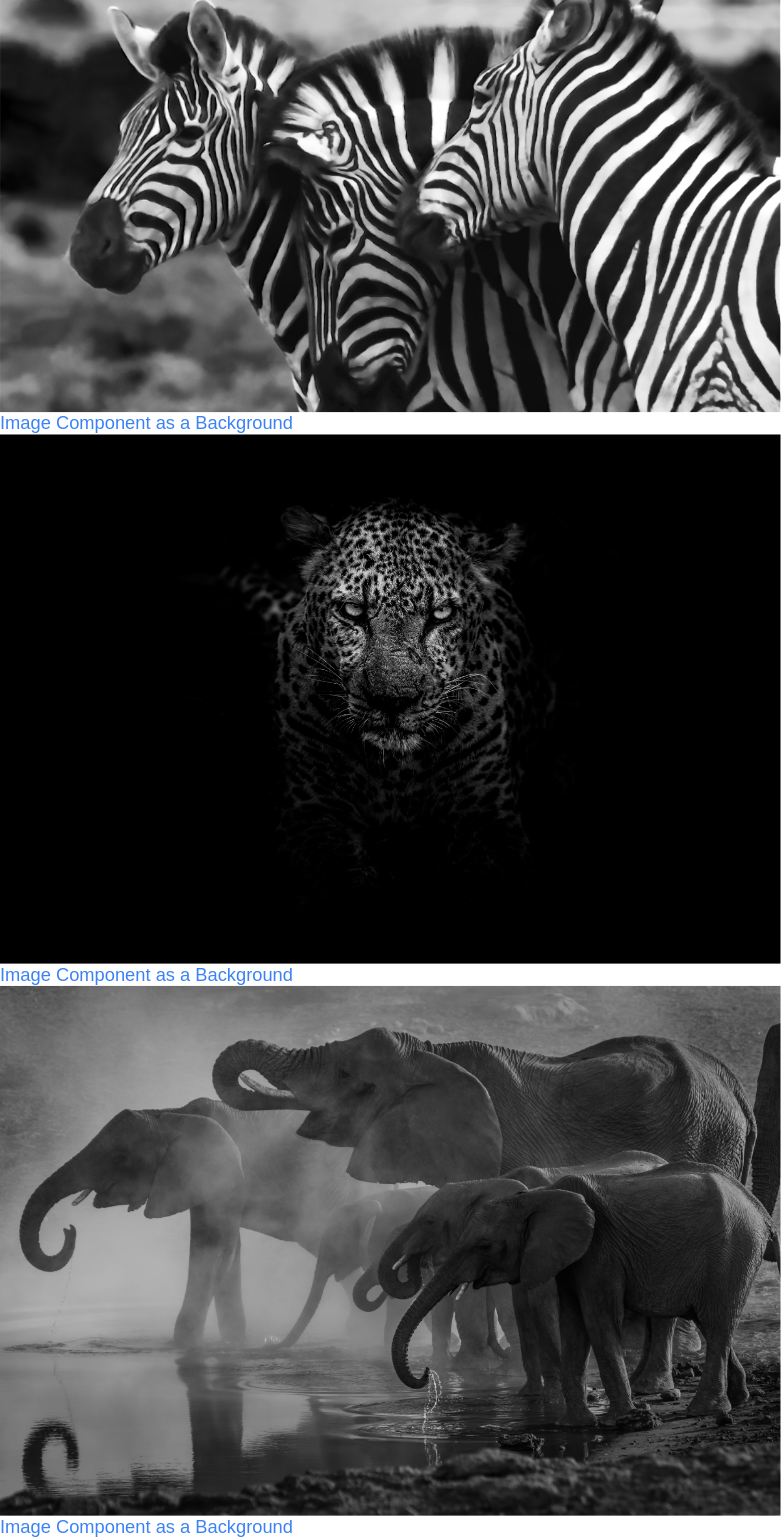
Repository: BrightonMboya/ggv-landingPage
Page: /
The author's editor kept a copy of each file at every save. The page is drawn from the files as they stood at one save, then again after the next save.
The browser window is 1280 px wide. The pictures show the whole page, at 61% of full size.
The project was rebuilt for these pictures with package versions that can differ from the ones it lists, and the page was loaded fresh each time. The framework's server and built-in components were replaced by stand-ins that run in the browser. Also part of the build but not shown: next.config.js.

Above is the page before, as saved 2022-06-13 19:48:27.

### pages/index.js
import React from "react";
import styles from "../styles/Home.module.css";
import HomePage from "./HomePage";
import AboutUs from "./AboutUs";
import Contactus from "./Contactus";

// const index = () => {
//   return (
//     <React.Fragment>
//       <div className={`${styles.global} ${styles.container}`}>
//         <section className={`${styles.section}`}>
//           <HomePage />
//         </section>
//         <section className={`${styles.section}`}>
//           <AboutUs />
//         </section>
//         <section className={`${styles.section} ${styles.three}`}>
//           <Contactus />
//         </section>
//       </div>
//     </React.Fragment>
//   );
// };

const index = () => {
  return (
    <React.Fragment>
      <div className={styles.global}>
        <div className={styles.container}>
          <section className={styles.section}>
            <HomePage />
          </section>
          <section className={styles.section}>
            <AboutUs />
          </section>
          <section className={styles.section}>
            <Contactus />
          </section>
        </div>
      </div>
    </React.Fragment>
  );
};

export default index;

### styles/Home.module.css
.global {
  margin: 0;
  padding: 0;
  box-sizing: border-box;
  font-family: sans-serif;
  /* border: 2px solid yellow; */
}
.section {
  /* height: 100vh; */
  display: flex;
  justify-content: center;
  align-items: center;
  scroll-snap-align: start;
}

.container {
  scroll-snap-type: y mandatory;
  overflow-y: scroll;
  /* height: 100vh; */
  /* border: 2px solid red; */
}

.bgWrap {
  /* position: fixed; */
  /* height: 100vh; */
  /* min-height: 80vh; */
  width: 100vw;
  overflow: hidden;
  z-index: -1;
  background-size: cover;
  -webkit-background-size: cover;
  -moz-background-size: cover;
  -moz-background-size: cover;
  background: center no-repeat;
}

.bg {
  max-width: 100%;
  position: relative;
}

/* @media and (max-width: 480px) {
} */

### pages/HomePage.js
import React from "react";
import styles from "../styles/Home.module.css";
import Image from "next/image";

const HomePage = () => {
  return (
    <div>
      <div className={`${styles.bgWrap} ${styles.bg}`}>
        <Image
          src="/home.jpg"
          layout="responsive"
          width={900}
          height={475}
          objectFit="cover"
          quality={100}
        />
      </div>
      <p className="text-blue-500 text-3xl">Image Component as a Background</p>
    </div>
  );
};

export default HomePage;

### pages/AboutUs.js
import Image from "next/image";
import styles from "../styles/Home.module.css";
// import home from "./assets/home.jpg";

const AboutUs = () => {
  return (
    <div>
      <div className={styles.bgWrap}>
        <Image
          src="/about.jpg"
          layout="responsive"
          // objectFit="cover"
          quality={100}
          width={700}
          height={475}
        />
      </div>
      <p className="text-blue-500 text-3xl">Image Component as a Background</p>
    </div>
  );
};

export default AboutUs;

### pages/Contactus.js
import React from "react";
import Image from "next/image";
import styles from "../styles/Home.module.css";

const Contactus = () => {
  return (
    <div>
      <div className={styles.bgWrap}>
        <Image
          src="/contact.jpg"
          layout="responsive"
          objectFit="cover"
          quality={100}
          width={700}
          height={475}
        />
      </div>
      <p className="text-blue-500 text-3xl">Image Component as a Background</p>
    </div>
  );
};

export default Contactus;

### tailwind.config.js
module.exports = {
  content: [
    "./pages/**/*.{js,ts,jsx,tsx}",
    "./components/**/*.{js,ts,jsx,tsx}"
  ],
  theme: {
    extend: {
      colors: {
        black: "#000107",
        slate: "#E3F1EF"
      }
    }
  },
  plugins: []
};

Loaded but not shown: pages/_app.js (common file); styles/globals.css (common file)

After the next save:
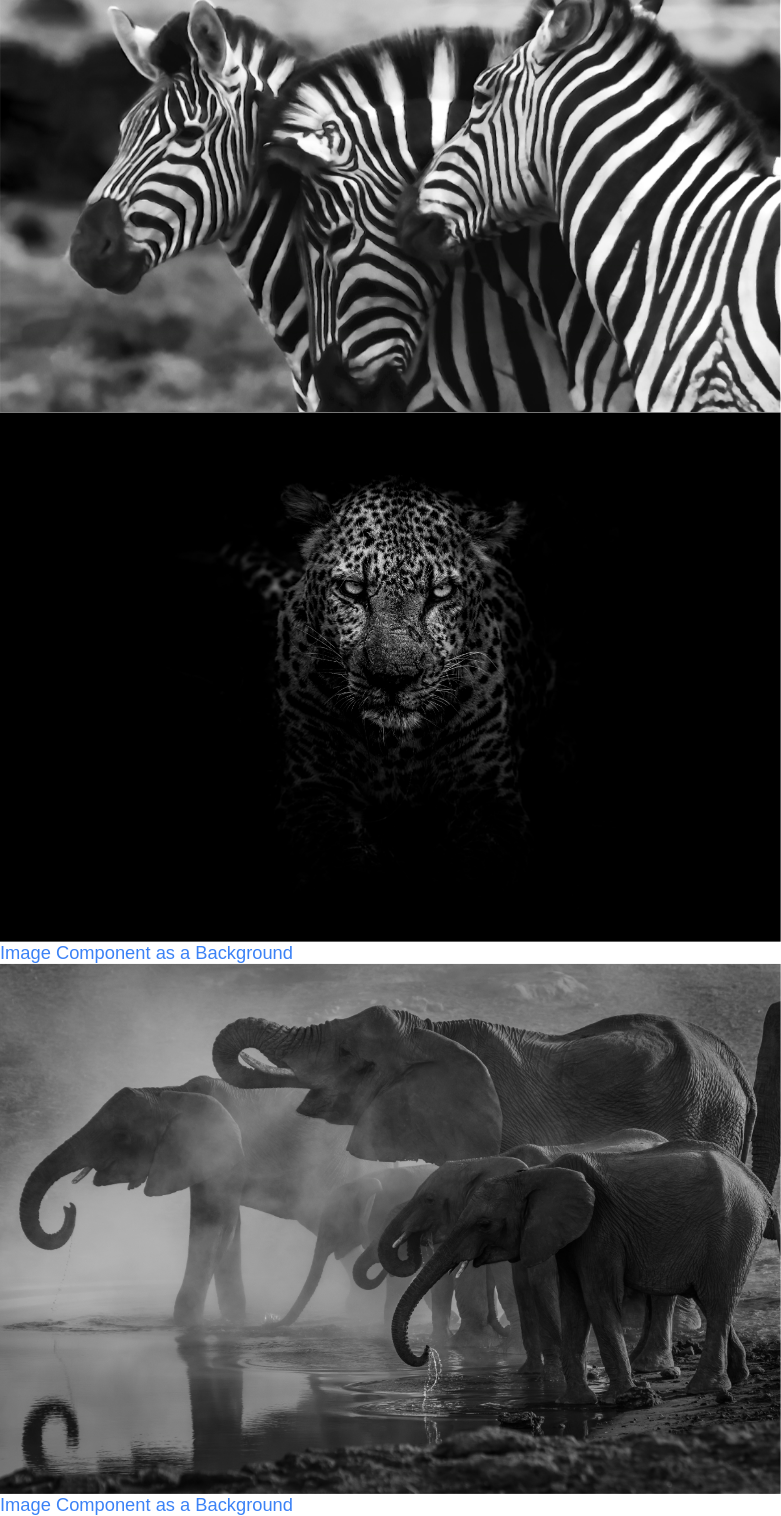
Saved 27 s later.
--- a/pages/HomePage.js
+++ b/pages/HomePage.js
@@ -15,7 +15,9 @@ const HomePage = () => {
           quality={100}
         />
       </div>
-      <p className="text-blue-500 text-3xl">Image Component as a Background</p>
+      <p className="text-blue-500 text-3xl absolute">
+        Image Component as a Background
+      </p>
     </div>
   );
 };
